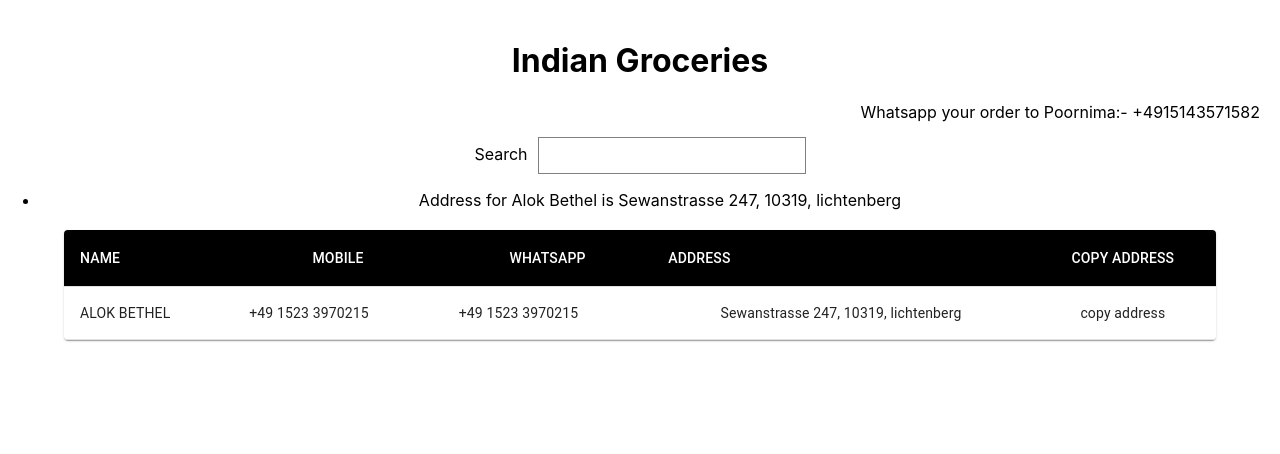
Repository: gopisanto/gms
Page: /address
The author's editor kept a copy of each file at every save. The page is drawn from the files as they stood at one save, then again after a run of saves.
The browser window is 1280 px wide. The pictures show the whole page.
The project was rebuilt for these pictures with package versions that can differ from the ones it lists, and the page was loaded fresh each time. Also part of the build but not shown: src/When.js, src/Groceries_list.js.

Above is the page before, as saved 2020-02-17 14:54:34.

After the next 2 saves:
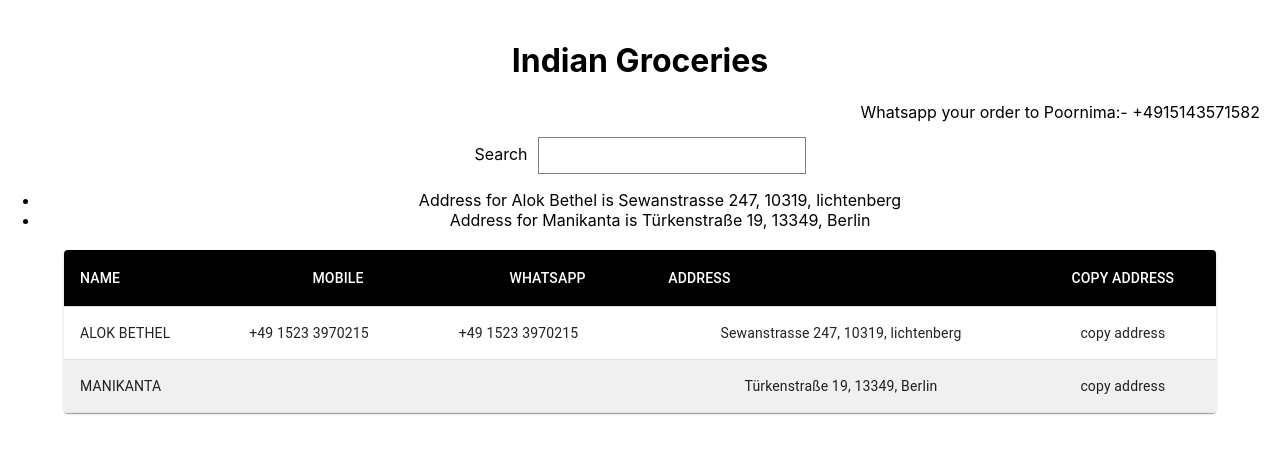
The 2 saves are shown as one change because 1 did not build or start.
The last was saved 4 min 56 s later.
--- a/src/addresses.json
+++ b/src/addresses.json
@@ -1,8 +1,14 @@
 [
-    {
-        "name": "Alok Bethel",
-        "mobile": "+49 1523 3970215",
-        "whatsapp": "+49 1523 3970215",
-        "address": "Sewanstrasse 247, 10319, lichtenberg"
-    }
+  {
+    "name": "Alok Bethel",
+    "mobile": "+49 1523 3970215",
+    "whatsapp": "+49 1523 3970215",
+    "address": "Sewanstrasse 247, 10319, lichtenberg"
+  },
+  {
+    "name": "Manikanta",
+    "mobile": "",
+    "whatsapp": "",
+    "address": "Türkenstraße 19, 13349, Berlin"
+  }
 ]
